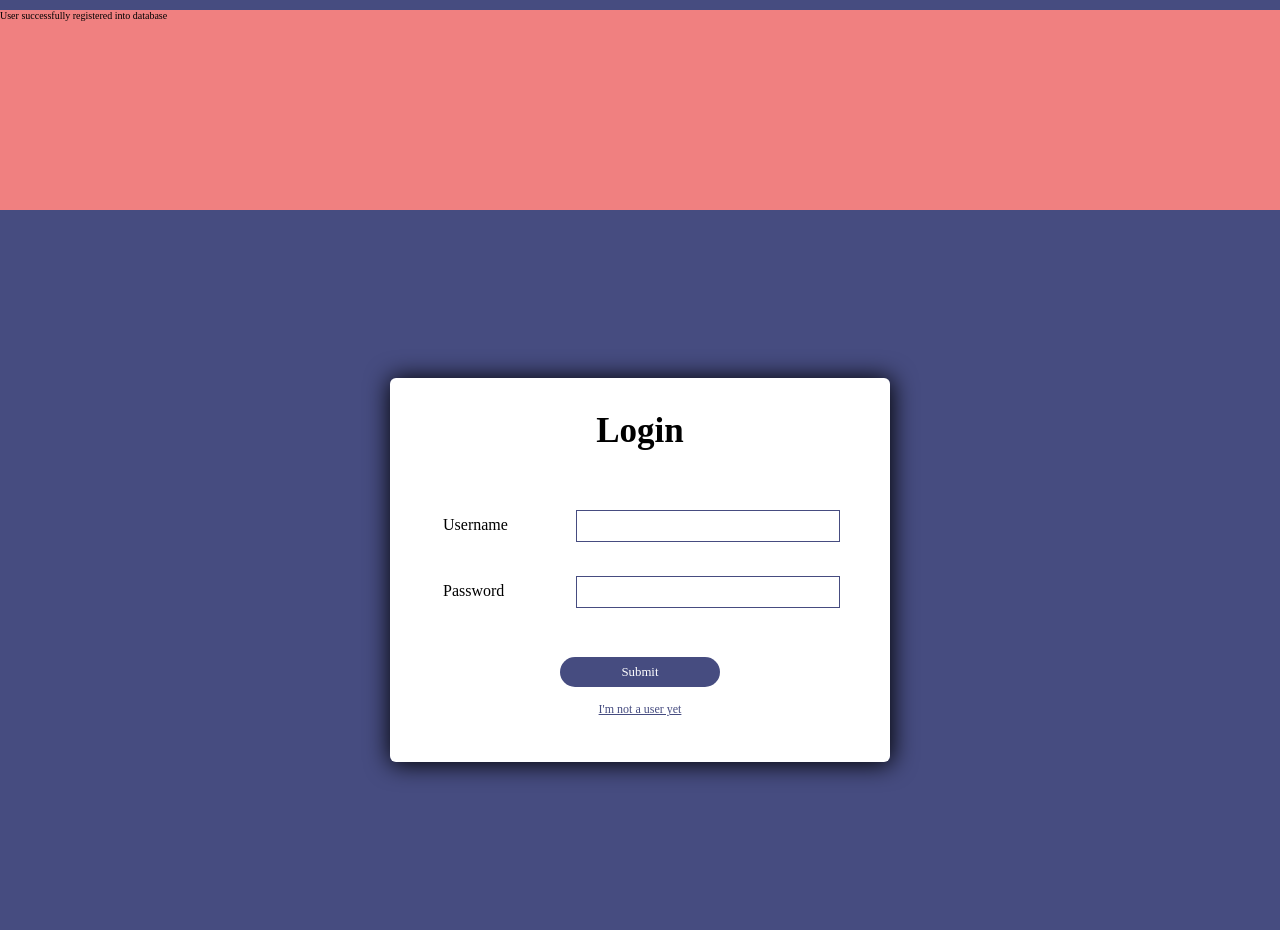
Repository: ivanmirandastavenuiter/jsp-raw-crud
Page: http://localhost/CH33TZ/index.jsp
An editor plug-in stored every save of this project. The page is shown before and after the next save, followed by the edit.
The browser window is 1280 px wide. The pictures show the whole page.
Some web fonts or font styles are not loaded; a fallback is used. The page is served by Tomcat 9.

Above is the page before, as saved 2020-05-12 14:39:13.

After the next save:
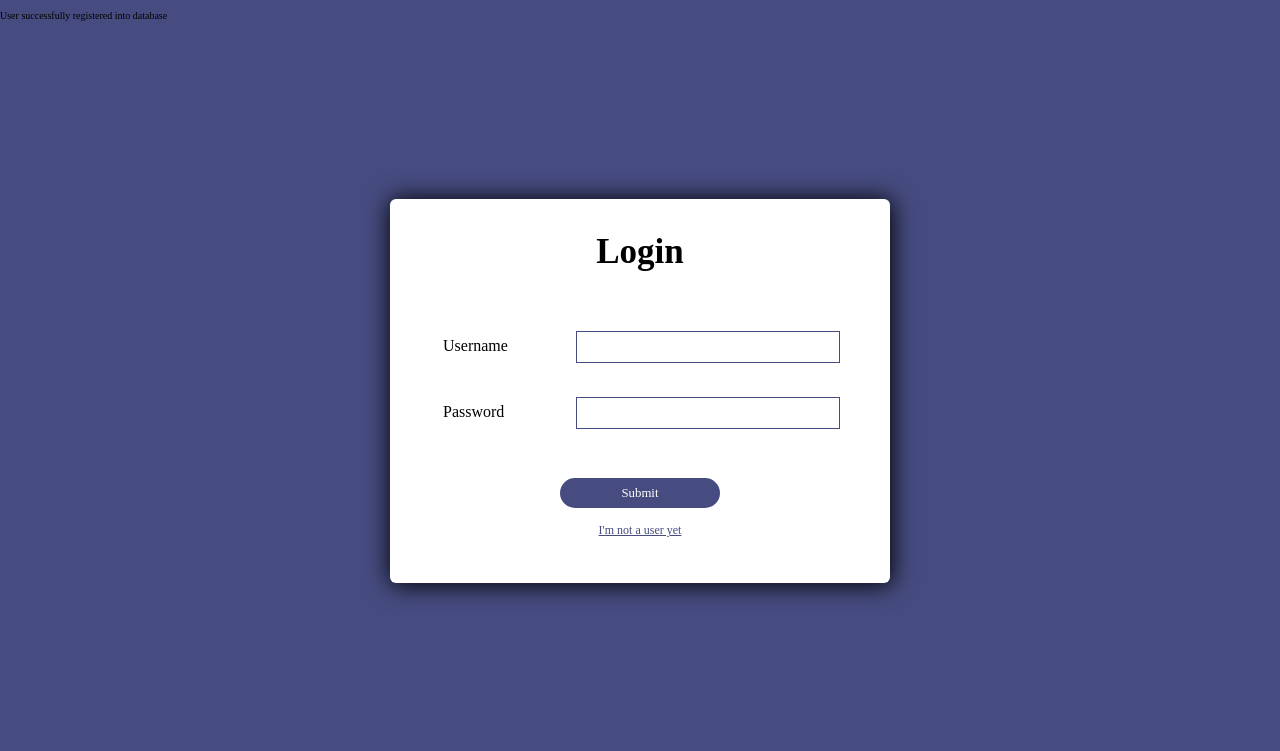
Saved 38 s later.
--- a/CH33TZ/WebContent/index.jsp
+++ b/CH33TZ/WebContent/index.jsp
@@ -35,8 +35,11 @@
 	}
 
 	div.register-result-container {
-		height: 200px;
-		background: lightcoral;
+
+	}
+
+	div.register-result-message {
+		width: 50%;
 	}
 
 	div.main-content-div {
